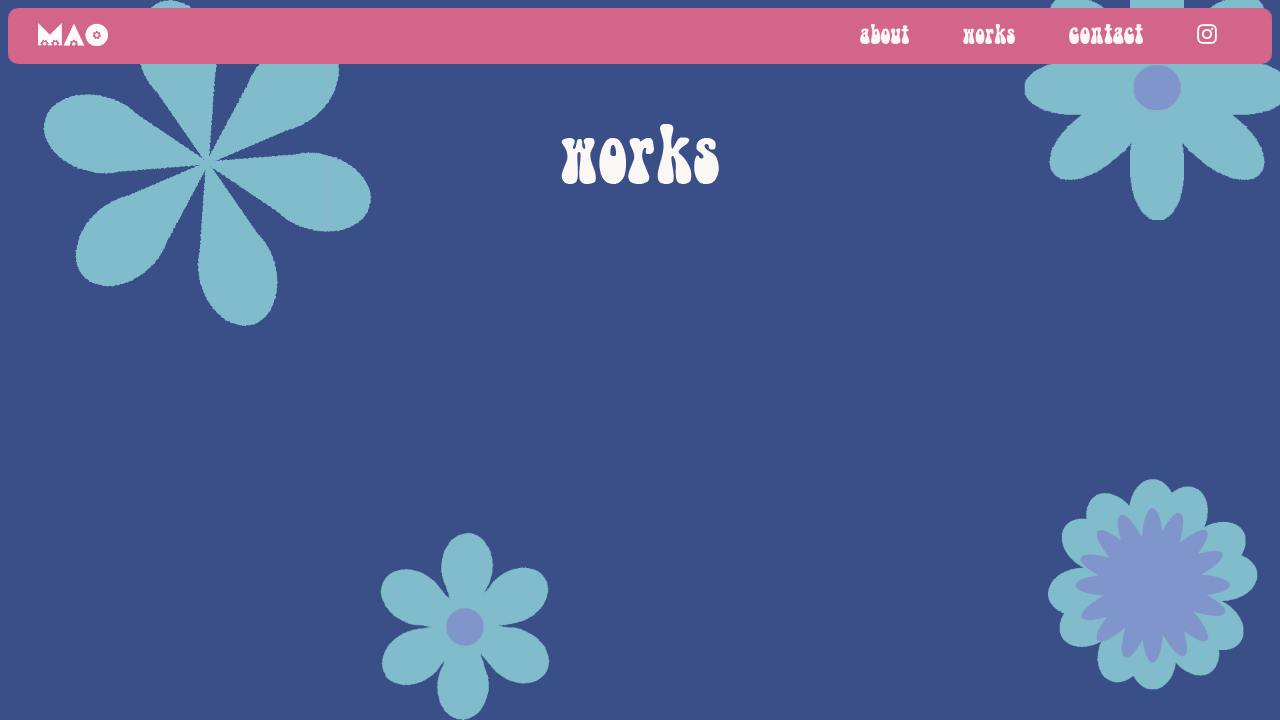
Repository: HarashimaMao/portfolio
Page: works.html
The author's editor kept a record of every edit. The page is drawn from the files as they stood at one moment, then again after the next edit.
The browser window is 1280 px wide. The pictures show the whole page.

Above is the page before.

### works.html
<!DOCTYPE html>
<html lang ="ja">
    <head>
        <meta charset="utf-8">
        <title>HarashimaMao</title>
        <style>
          body {
              background-image: url(images/my_home_page3.jpg);
              background-size: cover;
          }

          .header {
              width: 100%;
              display: flex;
              background-color: #D3648A;
              justify-content: space-between;
              border-radius: 10px;
          }

          .header-logo {
              margin-top: 15px;
              margin-left: 30px;
          }

          ul {
              list-style: none;
              margin-right: 5px;

          }

          li {
              display: inline-block;
              margin-right: 50px;
          }

          .main {
              text-align: center;
          }

          .main img {
              position: relative;
              top: 60px;
          }

          .container {
              margin: 0;
              position: absolute;
              top: 50%;
              left: 50%;
              margin-right: -50%;
              transform: translate(-50%,-50%)
          }

          .square {
              position: relative;
              width: 300px;
              padding: 6px;
              background: #F0B15B;
              border-radius: 10%;
          }

        </style>
    </head>
    <body>
        <div class="header">
            <div class="header-logo">
                <a href="top.html"><img src="images/MAOlogo.png" width="70px"></a>
            </div>
            <div class="header-list">
                <ul>
                    <li><a href="about.html"><img src="images/about.png" alt="about" height="20px"></a></li>
                    <li><a href="works.html"><img src="images/works.png" alt="works" height="20px"></a></li>
                    <li><a href="contact.html"><img src="images/contact.png" alt="contact" height="20px"></a></li>
                    <li><a href="https://www.instagram.com/mao_yz/?hl=en"><img src="images/insta.png" alt="insta" height="20px"></a></li>
                </ul>
            </div>
        </div>

        <div class="main">
            <img src="images/works.png" alt="works">

        </div>

        <script src="jquery-3.6.0.min.js"></script>
        <script>
             $(function(){
                $('.header').hover(
                    function(){
                        $(this).animate({
                            'font-size':'20px'
                        });
                    },
                    function(){
                        $(this).animate({
                            'font-size':'16px'
                        });
                    });
            });
        </script>
    </body>
</html>

Loaded but not shown: jquery-3.6.0.min.js (library)

After the next edit:
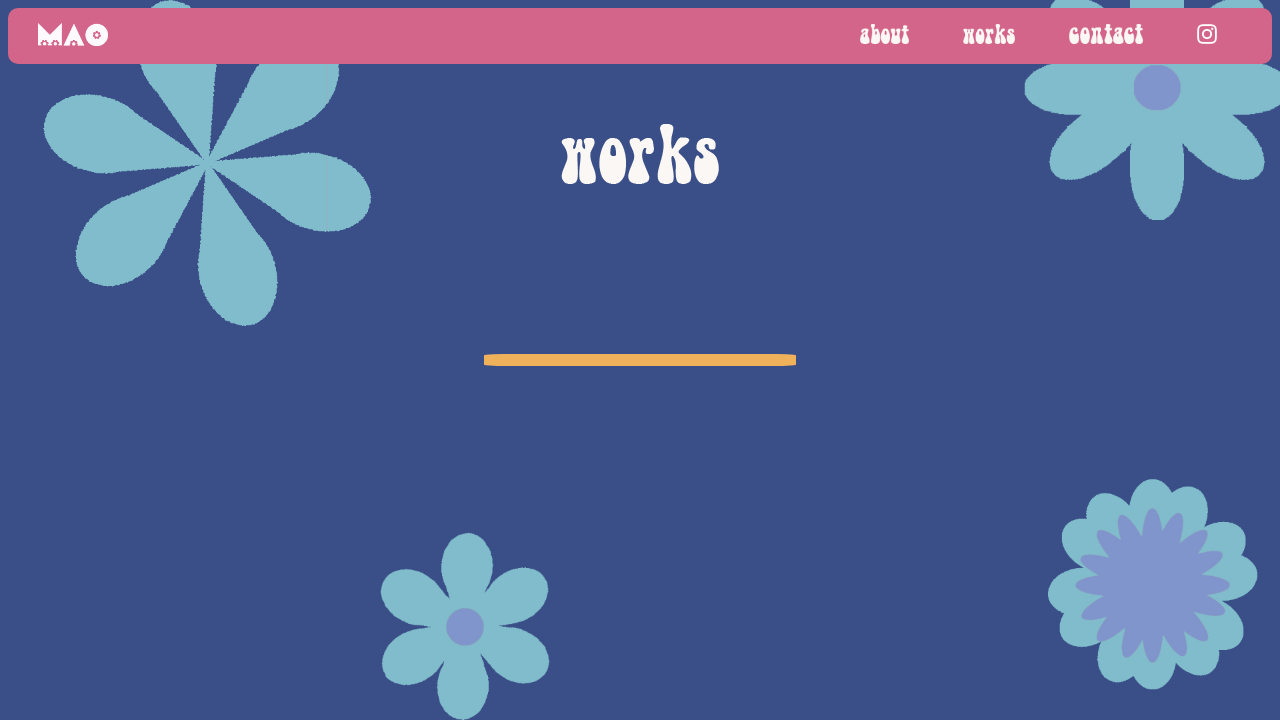
The edit:
--- a/works.html
+++ b/works.html
@@ -78,7 +78,9 @@
 
         <div class="main">
             <img src="images/works.png" alt="works">
-
+            <div class="container">
+                <div class="square"></div>
+            </div>
         </div>
 
         <script src="jquery-3.6.0.min.js"></script>
